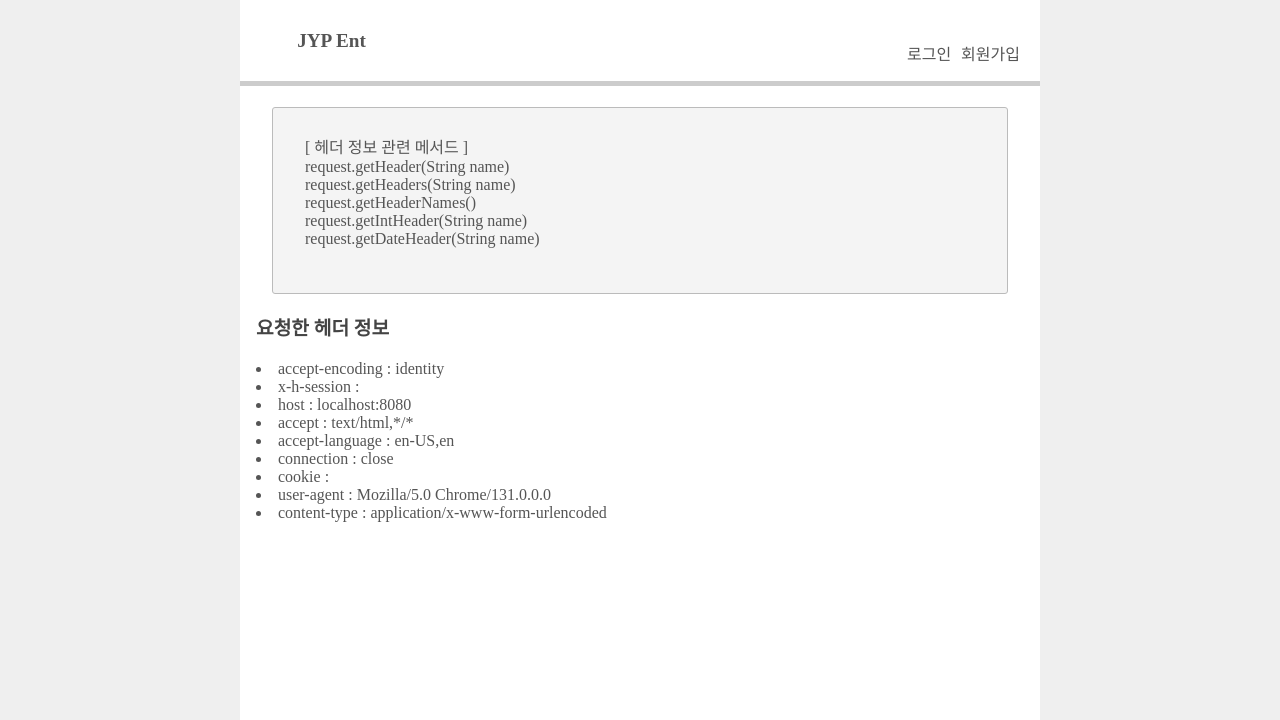
Repository: junyong231/JSP-SSIT
Page: http://localhost/jspPro/days03/ex06.jsp
These files come from the project's save history. The page is drawn as it stood at one moment and after the next save; the edit follows.
The browser window is 1280 px wide. The pictures show the whole page.
Some web fonts or font styles are not loaded; a fallback is used. The page is served by Tomcat 9.

Above is the page before, as saved 2024-10-17 06:11:39.

After the next save:
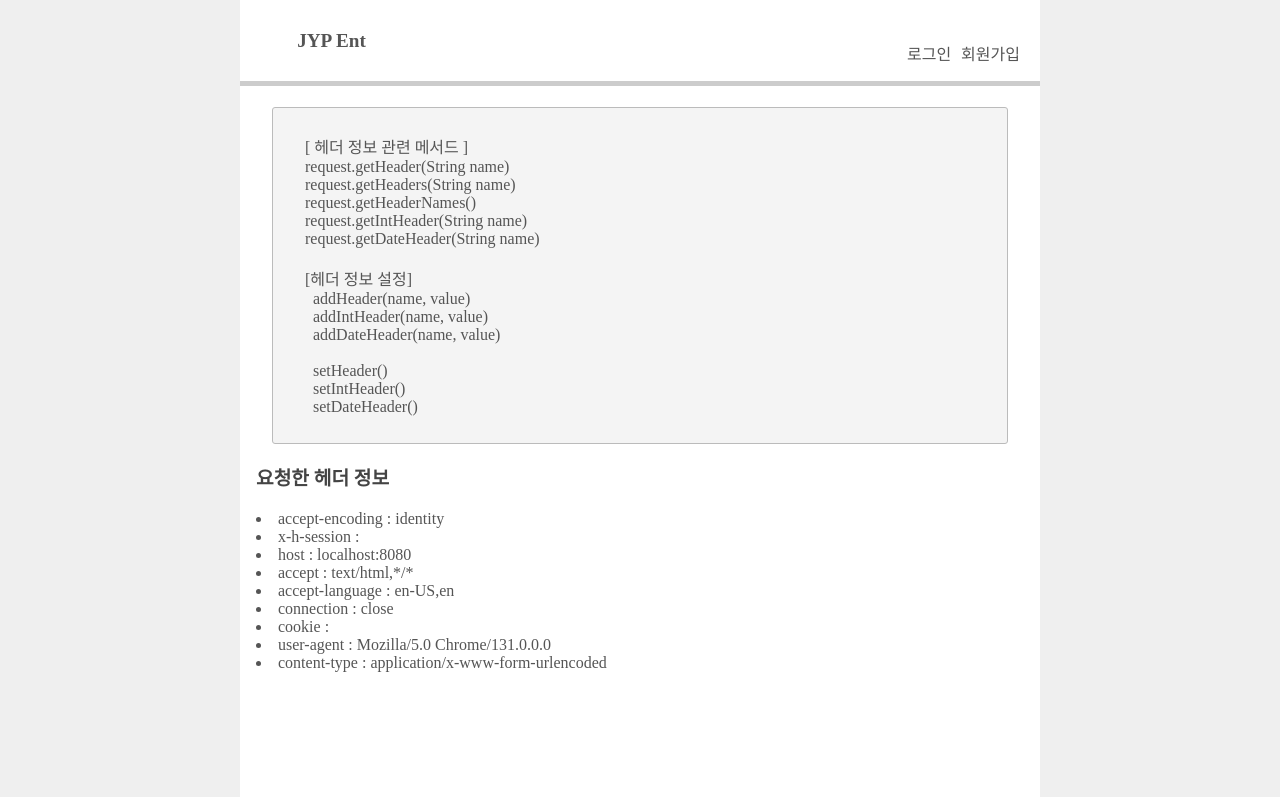
Saved 41 s later.
--- a/jspPro/src/main/webapp/days03/ex06.jsp
+++ b/jspPro/src/main/webapp/days03/ex06.jsp
@@ -34,6 +34,14 @@
     request.getIntHeader(String name)
     request.getDateHeader(String name)
 
+    [헤더 정보 설정]
+      addHeader(name, value)
+      addIntHeader(name, value)
+      addDateHeader(name, value)
+
+      setHeader()
+      setIntHeader()
+      setDateHeader()
   </xmp>
   <h3>요청한 헤더 정보</h3>
   <%
